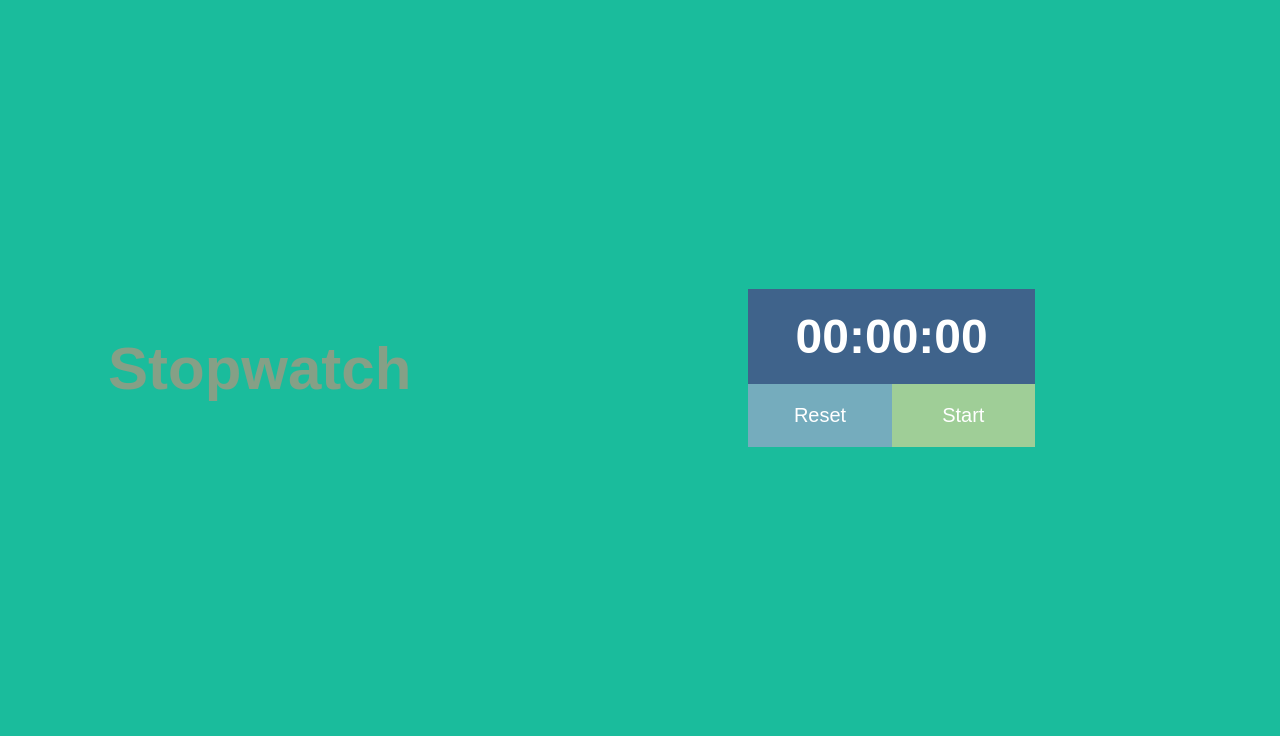
Repository: pilar122/stopwatch
Page: index.html
An editor plug-in stored every save of this project. The page is shown before and after the next save, followed by the edit.
The browser window is 1280 px wide. The pictures show the whole page.

Above is the page before, as saved 2022-06-19 12:59:42.

### index.html
<!DOCTYPE html>
<html>
    <head>
        <title>
            Stopwatch
        </title>
        <link href="stopwatch.css" rel="stylesheet">
        <script src="stopwatch.js"></script>
    </head>

    <div class="header">
        <h1>Stopwatch</h1>
        <i class="fa-solid fa-arrow-right-long"></i>
    </div>

    <body>

        <div id="stopwatch">
            <!--CURRENT TIME-->
            <div id="sw-time">00:00:00</div> <!-- sw is the time display-->

            <!--CONTROLS-->
            <input type="button" value="Reset" id="sw-rst" disabled/> <!--sw-rst is the reset button * and the disabled means that the buttons are at the moment-->
            <input type="button" value="Start" id="sw-go" disabled/> <!--sw-go is the start & stop button-->
        </div>
    </body>
</html>

### stopwatch.css
/* (A) CONTAINER */
#stopwatch {
    display: flex;
    flex-wrap: wrap;
    max-width: 400px;
    margin: 0 auto;
  }

  /* (B) TIME */
  #sw-time {
    width: 100%;
    padding: 20px 0;
    font-size: 48px;
    font-weight: bold;
    text-align: center;
    background: rgb(63, 99, 139);
    color: #fff;
  }

  /* (C) BUTTONS */
  #sw-rst, #sw-go {
    box-sizing: border-box;
    width: 50%;
    cursor: pointer;
    padding: 20px 0;
    border: 0;
    color: #fff;
    font-size: 20px;
  }
  #sw-rst { background-color: #75acbd; }
  #sw-go { background-color: #9fce97; }

  /* (X) DOES NOT MATTER */
  /* PAGE & BODY */
  body {
    display: flex;
    align-items: center; justify-content: center;
    min-height: 100vh;
    background: #1abc9c;
    background-repeat: no-repeat;
    background-position: center;
    background-size: cover;
  }
  * { font-family: arial, sans-serif; }

  /* WIDGET */
  .widget-wrap {
    min-width: 450px;
    padding: 30px;
    border-radius: 20px;
    background: rgba(255, 255, 255, 0.4);
  }

  .header {
    padding: 100px;
    text-align: center;
    color: #85a086;
    text-align: right;
    font-size: 30px;
  }

  /* HEADER */
  h1 { text-align: center; }
  #code-boxx {
    width: 100%;
    margin-top: 30px;
    text-align: center;
  }

  /* FOOTER */
  #code-boxx {
    font-weight: 600;
    margin-top: 30px;
  }
  #code-boxx a {
    display: inline-block;
    padding: 5px;
    text-decoration: none;
    background: #d3adad;
    color: #fff;
  }

### stopwatch.js
var sw = {
    // (A) PROPERTIES
    etime : null, // html time display
    erst : null, // html reset button
    ego : null, // html start/stop button
    timer : null, // timer object
    now : 0, // current elapsed time

    // (B) INITIALIZE
    init : () => {
      // (B1) GET HTML ELEMENTS
      sw.etime = document.getElementById("sw-time");
      sw.erst = document.getElementById("sw-rst");
      sw.ego = document.getElementById("sw-go");

      // (B2) ENABLE BUTTON CONTROLS
      sw.erst.onclick = sw.reset;
      sw.ego.onclick = sw.start;
      sw.erst.disabled = false;
      sw.ego.disabled = false;
    },

    // (C) START!
    start : () => {
      sw.timer = setInterval(sw.tick, 1000);
      sw.ego.value = "Stop";
      sw.ego.onclick = sw.stop;
    },

    // (D) STOP
    stop : () => {
      clearInterval(sw.timer);
      sw.timer = null;
      sw.ego.value = "Start";
      sw.ego.onclick = sw.start;
    },

    // (E) TIMER ACTION
    tick : () => {
      // (E1) CALCULATE HOURS, MINS, SECONDS
      sw.now++;
      let hours = 0, mins = 0, secs = 0,
      remain = sw.now;
      hours = Math.floor(remain / 3600);
      remain -= hours * 3600;
      mins = Math.floor(remain / 60);
      remain -= mins * 60;
      secs = remain;

      // (E2) UPDATE THE DISPLAY TIMER
      if (hours<10) { hours = "0" + hours; }
      if (mins<10) { mins = "0" + mins; }
      if (secs<10) { secs = "0" + secs; }
      sw.etime.innerHTML = hours + ":" + mins + ":" + secs;
    },

    // (F) RESET
    reset : () => {
      if (sw.timer != null) { sw.stop(); }
      sw.now = -1;
      sw.tick();
    }
  };
  window.addEventListener("load", sw.init);

After the next save:
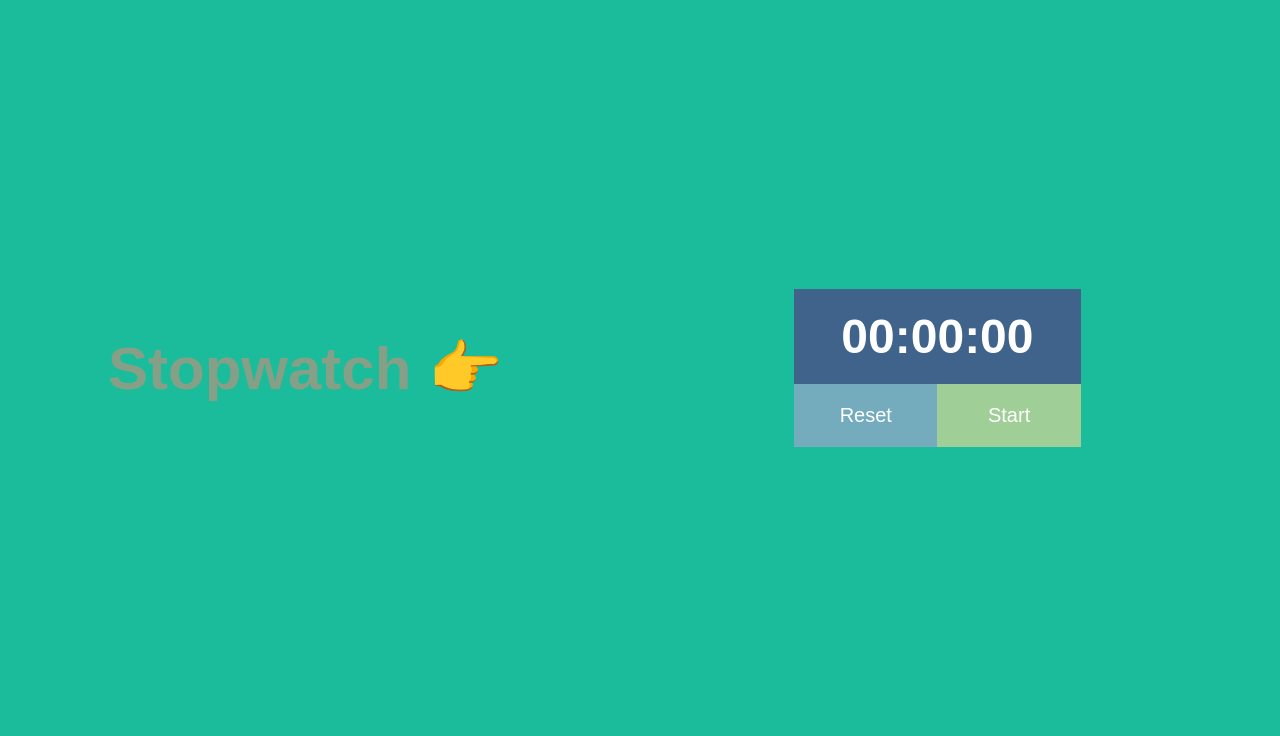
Saved 104 s later.
--- a/index.html
+++ b/index.html
@@ -9,8 +9,7 @@
     </head>
 
     <div class="header">
-        <h1>Stopwatch</h1>
-        <i class="fa-solid fa-arrow-right-long"></i>
+        <h1>Stopwatch 👉</h1>
     </div>
 
     <body>
